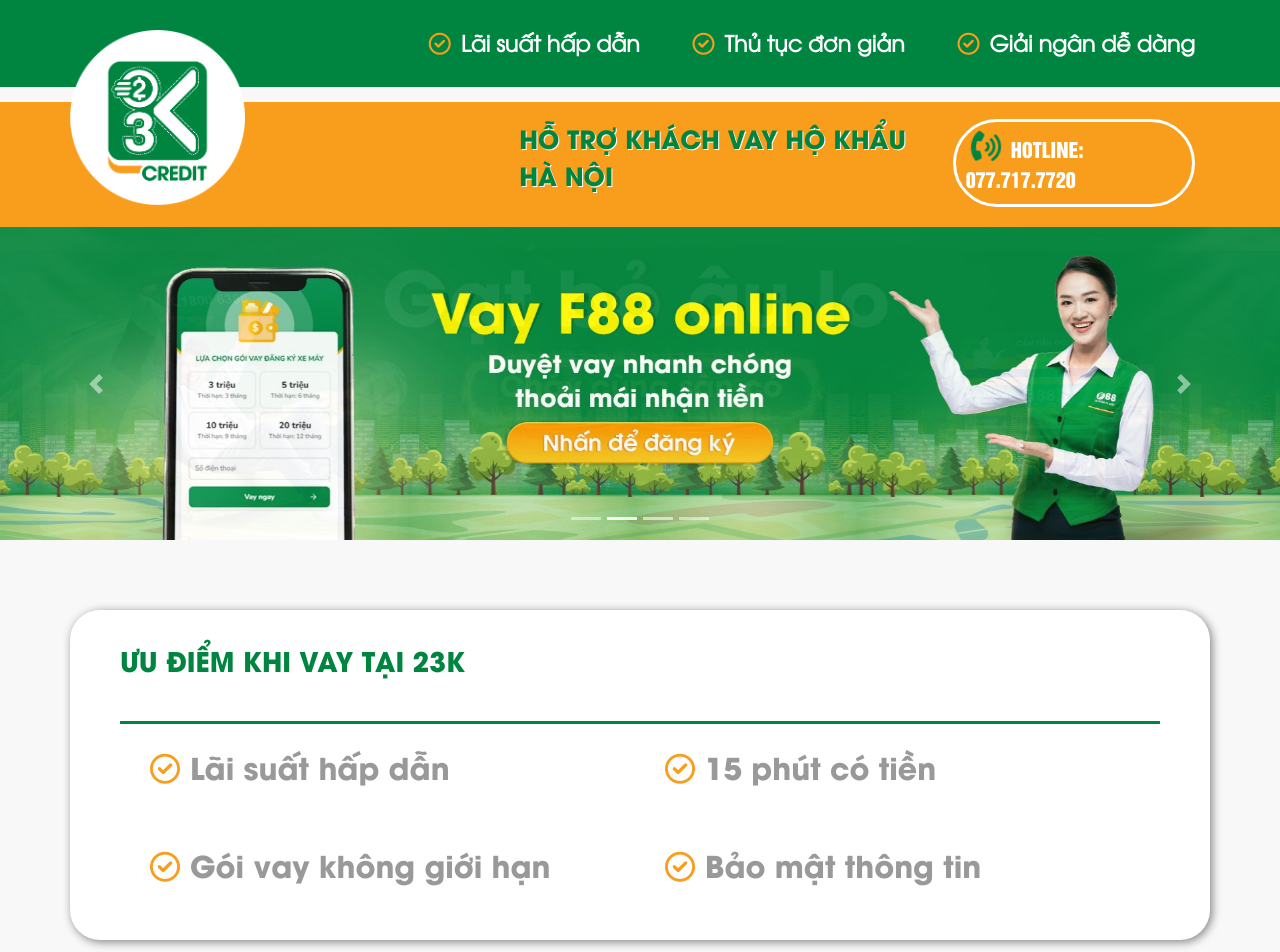
Repository: anhtu2110/23k.vn
Page: theme/index.html
An editor plug-in stored every save of this project. The page is shown before and after the next save, followed by the edit.
The browser window is 1280 px wide. The pictures show the part of the page from y = 0 to 952 px (the page is 1984 px tall).
A picture or video elsewhere on the page could not be fetched, so the positions and the page height are approximate.

Above is the page before, as saved 2022-12-29 21:34:56.

### theme/index.html
<!DOCTYPE html>
<html lang="en">

<head>
    <meta charset="UTF-8">
    <meta http-equiv="X-UA-Compatible" content="IE=edge">
    <meta name="viewport" content="width=device-width, initial-scale=1.0">
    <link rel="icon" type="image/x-icon" href="./public/images/footer_logo.png">
    <link rel="stylesheet" href="public/css/bootstrap/bootstrap-theme.css" type="text/css" />
    <link rel="stylesheet" href="public/css/bootstrap/bootstrap.css" type="text/css" />
    <link rel="stylesheet" href="public/reset.css" type="text/css" />
    <link rel="stylesheet" href="public/css/font-awesome/css/font-awesome.min.css">
    <link rel="stylesheet" href="https://cdnjs.cloudflare.com/ajax/libs/font-awesome/6.2.1/css/all.min.css">
    <link rel="stylesheet" href="public/style.css" type="text/css" />
    <link rel="stylesheet" href="public/responsive.css" type="text/css" />
    <title>23K</title>

    <script src="public/js/jquery-3.6.1.min.js"></script>
    <script src="public/js/bootstrap/bootstrap.min.js"></script>
    <script src="public/js/main.js"></script>
</head>

<body>
    <!-- test  -->
    <div id="wrapper">
        <div id="header">
            <div class="header-top">
                <div class="container">
                    <div class="logo">
                        <a href="" class="logo">
                            <img src="./public/images/LOGO.png" alt="">
                        </a>
                    </div>
                    <ul class="benefit">
                        <li class="benefit-item">Lãi suất hấp dẫn</li>
                        <li class="benefit-item">Thủ tục đơn giản </li>
                        <li class="benefit-item">Giải ngân dễ dàng</li>
                    </ul>
                </div>
            </div>
            <div class="header-bottom">
                <div class="container">
                    <div class="row">
                        <div class="col-md-2"></div>
                        <div class="col-md-6">
                            <span class="content text-uppercase">Hỗ trợ khách vay hộ khẩu hà nội</span>
                        </div>
                        <div class="col-md-4">
                            <a href="tel:0777177720" class="hotline text-decoration-none">
                                <span class="icon-phone"><i class="fa-solid fa-phone-volume animation-phone"></i></span>
                                <span>Hotline: 077.717.7720</span>
                            </a>
                        </div>
                    </div>
                    <!-- <span class="content text-uppercase">Hỗ trợ khách vay hộ khẩu hà nội</span> -->
                    <!-- <a href="tel:0777177720" class="hotline text-decoration-none">
                        <span class="icon-phone"><i class="fa-solid fa-phone-volume animation-phone"></i></span>
                        <span>Hotline: 077.717.7720</span>
                    </a> -->
                </div>
            </div>
        </div>
        <!-- END HEADER  -->
        <style>
            #banner img {
                max-width: 100%;
                height: auto;
            }
        </style>
        <div id="wp-content">
            <section class="home-banner">
                <div id="banner" class="banner carousel slide carousel-fade" data-ride="carousel">
                    <ol class="carousel-indicators">
                        <li data-target="#banner" class="active" data-slide-to="0"></li>
                        <li data-target="#banner" data-slide-to="1"></li>
                        <li data-target="#banner" data-slide-to="2"></li>
                        <li data-target="#banner" data-slide-to="3"></li>
                    </ol>
                    <div class="carousel-inner">
                        <div class="carousel-item active" data-interval="2500">
                            <a href="">
                                <img class="desktop" src="./public/images/20220511164418256-1920 x 470.jpg" alt="">
                            </a>
                        </div>
                        <div class="carousel-item" data-interval="2500">
                            <a href="">
                                <img class="desktop" src="./public/images/20221012100205330-f88 vay tiền destop.png"
                                    alt="">
                            </a>
                        </div>
                        <div class="carousel-item" data-interval="2500">
                            <a href="">
                                <img class="desktop"
                                    src="./public/images/20221118174037871-destop wc vay tiền tại f88.jpg" alt="">
                            </a>
                        </div>
                        <div class="carousel-item" data-interval="2500">
                            <a href="">
                                <img class="desktop" src="./public/images/slider_4.jpg" alt="">
                            </a>
                        </div>
                    </div>
                    <a href="#banner" class="carousel-control-prev" data-slide="prev">
                        <span class="carousel-control-prev-icon"></span>
                    </a>
                    <a href="#banner" class="carousel-control-next" data-slide="next">
                        <span class="carousel-control-next-icon"></span>
                    </a>
                </div>
            </section>
            <!-- END HOME-BANNER  -->
            <div id="advantages" class="container box">
                <div class="head-box">
                    <div class="row">
                        <div class="col-md-12">
                            <p class="title">Ưu điểm khi vay tại 23k</p>
                        </div>
                    </div>
                </div>
                <div class="list-advantage">
                    <div class="row justify-content-center">
                        <div class="col-md-6 col-12">
                            <p class="advantage">Lãi suất hấp dẫn</p>
                        </div>
                        <div class="col-md-6 col-12">
                            <p class="advantage">15 phút có tiền</p>
                        </div>
                        <div class="col-md-6 col-12">
                            <p class="advantage">Gói vay không giới hạn</p>
                        </div>
                        <div class="col-md-6 col-12">
                            <p class="advantage">Bảo mật thông tin</p>
                        </div>
                    </div>
                </div>
            </div>
            <!-- END ADVANTAGES  -->
            <div id="should-choose" class="container box">
                <div class="head-box">
                    <div class="row">
                        <div class="col-md-12">
                            <p class="title">Bạn nên chọn 23k</p>
                        </div>
                    </div>
                </div>
                <ul class="list-reason">
                    <li class="reason-item">
                        <a href=""><img src="./public/images/thu_tuc.png" alt=""></a>
                        <p>Thủ tục đơn giản chỉ cần CCCD & sổ hộ khẩu Hà Nội</p>
                    </li>
                    <li class="reason-item">
                        <a href=""><img src="./public/images/tham_dinh.png" alt=""></a>
                        <p>
                            Thẩm định nhanh chóng linh hoạt
                        </p>
                    </li>
                    <li class="reason-item">
                        <a href=""><img src="./public/images//lai_suat.png" alt=""></a>
                        <p>Lãi suất ưu đãi nhất Hà Nội</p>
                    </li>
                    <li class="reason-item">
                        <a href=""><img src="./public/images/tu_van.png" alt=""></a>
                        <p>Đăng ký tư vấn online dễ dàng</p>
                    </li>
                    <li class="reason-item">
                        <a href=""><img src="./public/images/bao_mat.png" alt=""></a>
                        <p>Bảo mật thông tin khách hàng</p>
                    </li>
                </ul>
            </div>
        </div>
        <!-- END WP-CONTENT  -->
        <div id="footer">
            <div id="footer-top">
                <div class="container">
                    <div class="row">
                        <div class="footer-top-content col-12">
                            <span class="footer-thank">Trân trọng cảm ơn quý khách !</span>
                            <a href="tel:0777177720" class="hotline text-decoration-none">
                                <span class="icon-phone"><i class="fa-solid fa-phone-volume animation-phone"></i></span>
                                <span>Hotline: 077.717.7720</span>
                            </a>
                        </div>
                    </div>
                </div>
            </div>
            <!-- END FOOTER-TOP  -->
            <div id="footer-bottom">
                <div class="container">
                    <div class="row no-gutters">
                        <div class="footer-logo col-md-4">
                            <a href="" class="logo">
                                <img src="./public/images/footer_logo.png" alt="">
                            </a>
                        </div>
                        <div class="footer-info-contact">
                            <p>Thông tin liên hệ</p>
                            <ul class="list-info-contact">
                                <li class="info-contact-item"><a href=""><i class="fa-solid fa-location-dot"></i>252 Đ.
                                        Lạc Long
                                        Quân, Bưởi, Cầu Giấy, Hà Nội, Việt Nam</a></li>
                                <li class="info-contact-item"><a href=""><i class="fa-solid fa-phone"></i>HOTLINE:
                                        0777.170.720</a></li>
                                <li class="info-contact-item"><a href=""><i
                                            class="fa-brands fa-square-facebook"></i>www.facebook.com/groups/taichinh23k</a>
                                </li>
                            </ul>
                        </div>
                    </div>
                </div>
            </div>
            <div class="container">
                <div class="row">
                    <div class="col-md-4">xin chaof</div>
                    <div class="col-md-4">xin chaof</div>
                    <div class="col-md-4">xin chào</div>
                </div>
            </div>

            <!-- END FOOTER-BOTTOM  -->
        </div>
        <!-- END FOOTER  -->
    </div>
</body>

</html>

### theme/public/style.css
@import '../public/css/import/fonts.css';
@import '../public/css/import/global.css';
@import '../public/css/import/header.css';
@import '../public/css/import/footer.css';
@import '../public/css/import/register.css';

### theme/public/responsive.css
@media (max-width: 1199px) {
    html {
        font-size: 5.333px;
        /* font-size: 8px; */
    }
}

@media (max-width: 767px) {
    html {
        font-size: 10px;
    }
}

### theme/public/css/import/fonts.css
@font-face {
    font-family: 'Leelawadee UI Bold';
    src: url('../../font/leelawdb.ttf');
}

@font-face {
    font-family: 'Montserrat-SemiBold';
    src: url('../../font/Montserrat-SemiBold.ttf');
}

@font-face {
    font-family: 'UTM Avo';
    src: url('../../font/UTM\ Avo.ttf');
}

@font-face {
    font-family: 'UTM AvoBold_Italic';
    src: url('../../font/UTM\ AvoBold_Italic.ttf');
}

@font-face {
    font-family: 'UTM AvoBold';
    src: url('../../font/UTM\ AvoBold.ttf');
}

@font-face {
    font-family: 'UTM AvoItalic';
    src: url('../../font/UTM\ AvoItalic.ttf');
}

@font-face {
    font-family: 'UTM HelvetIns';
    src: url('../../font/UTM\ HelvetIns.ttf');
}

### theme/public/css/import/global.css
:root {
    --bg-page: #F8F8F8;
    --bg-green: #008541;
    --bg-white: #FFFFFF;
    --bg-orange: #F99D1C;
    --bg-gray: #666666;
}

a {
    text-decoration: none !important;
}

ul {
    padding: 0;
    margin: 0;
}

html {
    font-size: 62.5%;
}

body {
    background-color: var(--bg-page);
}

.head-box {
    padding-bottom: 3rem;
    padding-top: 1rem;
    border-bottom: 3px solid var(--bg-green);
}

p.title {
    font-size: 2.7rem;
    font-family: 'UTM AvoBold';
    color: var(--bg-green);
    text-transform: uppercase;
}

.box {
    background-color: var(--bg-white);
    padding: 2rem 5rem;
    box-shadow: 2px 2px 10px gray;
    border-radius: 3rem;
    z-index: 1;
}

a.hotline {
    display: inline-block;
    font-size: 2rem;
    font-family: 'UTM HelvetIns';
    text-transform: uppercase;
    color: var(--bg-white);
    padding: 1rem 1rem;
    border: 0.3rem solid var(--bg-white);
    border-radius: 100rem;
    margin-left: 1rem;
    overflow: hidden;
}

a.hotline span.icon-phone i {
    font-size: 3rem;
    color: var(--bg-green);
    padding-inline: 0.5rem;
}

.animation-phone {
    animation-name: trin;
    animation-duration: 1.5s;
    animation-iteration-count: infinite;
    animation-timing-function: linear;
}

@keyframes trin {

    from {
        transform: rotate3d(0, 0, 1, 0deg);
    }

    20%,
    32%,
    44%,
    56%,
    68% {
        transform: rotate3d(0, 0, 1, 0deg);
    }

    23%,
    35%,
    47%,
    59%,
    71% {
        transform: rotate3d(0, 0, 1, 15deg);
    }

    26%,
    38%,
    50%,
    62%,
    74% {
        transform: rotate3d(0, 0, 1, 0deg);
    }

    29%,
    41%,
    53%,
    65%,
    77% {
        transform: rotate3d(0, 0, 1, -15deg);
    }

    80% {
        transform: rotate3d(0, 0, 1, 0deg);
    }

}

### theme/public/css/import/header.css
.header-top {
    background-color: var(--bg-green);
    margin-bottom: 1.5rem;
}

.header-top .container {
    position: relative;
    display: flex;
    justify-content: flex-end;
}

#header .logo {
    position: absolute;
    top: 1.5rem;
    left: 0;
    border-radius: 10rem;
}

#header .logo a.logo img {
    width: 17.5rem;
    height: auto;
}

ul.benefit li.benefit-item {
    display: inline-block;
    font-size: 2.2rem;
    color: red;
    font-family: 'UTM Avo';
    font-weight: 600;
    color: var(--bg-white);
    padding: 2.6rem 2rem;
}

ul.benefit li.benefit-item:last-child {
    padding-right: 0;
}

ul.benefit li.benefit-item::before {
    display: inline-block;
    content: '\f058';
    font-family: "Font Awesome 6 Free";
    -webkit-font-smoothing: antialiased;
    font-weight: normal;
    color: #F99D1C;
    padding-inline: 1rem;
}

/* ul.benefit li.benefit-item i {
    display: inline-block;
    padding-inline: 1rem;
    color: #F99D1C;
} */

/* END HEADER TOP  */
.header-bottom {
    height: 12.5rem;
    background-color: var(--bg-orange);
    display: flex;
    align-items: center;
}

.header-bottom .container {
    display: flex;
    align-items: center;
    /* justify-content: end; */
    justify-content: right;
}

.header-bottom .content {
    font-size: 2.5rem;
    font-family: 'UTM AvoBold';
    color: var(--bg-green);
    text-shadow: 1px 1px var(--bg-white);
    /* flex-basis: 50%; */
    width: fit-content;
}

### theme/public/css/import/footer.css
#footer #footer-top {
    background-color: var(--bg-green);
    padding-block: 3rem;
}

#footer #footer-top .footer-top-content {
    display: flex;
    justify-content: space-between;
}

#footer #footer-top .footer-top-content span.footer-thank {
    font-size: 3.8rem;
    color: var(--bg-white);
    font-family: 'UTM AvoBold';
    text-transform: uppercase;
    margin-left: -1.5rem;
}

#footer #footer-top .footer-top-content a.hotline {
    /* border: none; */
    background-color: var(--bg-orange);
    margin-right: -1.5rem;
}

/* END FOOTER-TOP  */
#footer #footer-bottom .footer-logo a.logo img {
    display: block;
    max-width: 18rem;
    height: auto;
}

#footer #footer-bottom {
    padding-block: 4rem;
}

.footer-info-contact {
    font-size: 2.6rem;
    color: var(--bg-gray);
}

.footer-info-contact p {
    padding-block: 1rem;
    border-bottom: 0.2rem solid var(--bg-green);
}

ul.list-info-contact {
    list-style: none;
    padding: 0;
    margin: 0;
}

ul.list-info-contact li a {
    color: var(--bg-gray);
}

ul.list-info-contact i {
    display: inline-block;
    width: 3rem;
    height: auto;
}

### theme/public/css/import/register.css
#wp-content {
    margin-bottom: 8rem;
}

#advantages {
    margin-block: 7rem;
}

#advantages .list-advantage {
    margin-inline: 2rem;
}

#advantages p.advantage {
    font-size: 3rem;
    color: #999999;
    font-family: 'UTM AvoBold';
    padding-block: 2rem;
}

#advantages p.advantage::before {
    display: inline-block;
    content: '\f058';
    font-family: "Font Awesome 6 Free";
    -webkit-font-smoothing: antialiased;
    font-weight: normal;
    color: var(--bg-orange);
    padding-inline: 1rem;
}

/* END ADVANTAGE  */
#should-choose ul.list-reason {
    list-style: none;
    padding: 0;
    margin: 0;
    display: flex;
    align-items: center;
    text-align: center;
}

#should-choose ul.list-reason li.reason-item {
    flex-basis: 20%;
    padding: 2rem;
}

#should-choose ul.list-reason li a {
    display: block;
    width: 100%;
    height: 16rem;
}

#should-choose ul.list-reason li a img {
    display: inline-block;
    width: 15rem;
    height: auto;
}

#should-choose ul.list-reason li.reason-item p {
    font-size: 2rem;
    font-family: "UTM Avo";
    color: #808080;
}

Loaded but not shown: theme/public/css/bootstrap/bootstrap-theme.css (library); theme/public/css/bootstrap/bootstrap.css (library); theme/public/reset.css (common file); theme/public/css/font-awesome/css/font-awesome.min.css (library); theme/public/js/jquery-3.6.1.min.js (library); theme/public/js/bootstrap/bootstrap.min.js (library); theme/public/js/main.js (no copy from this time; the picture is the same without it)

After the next save:
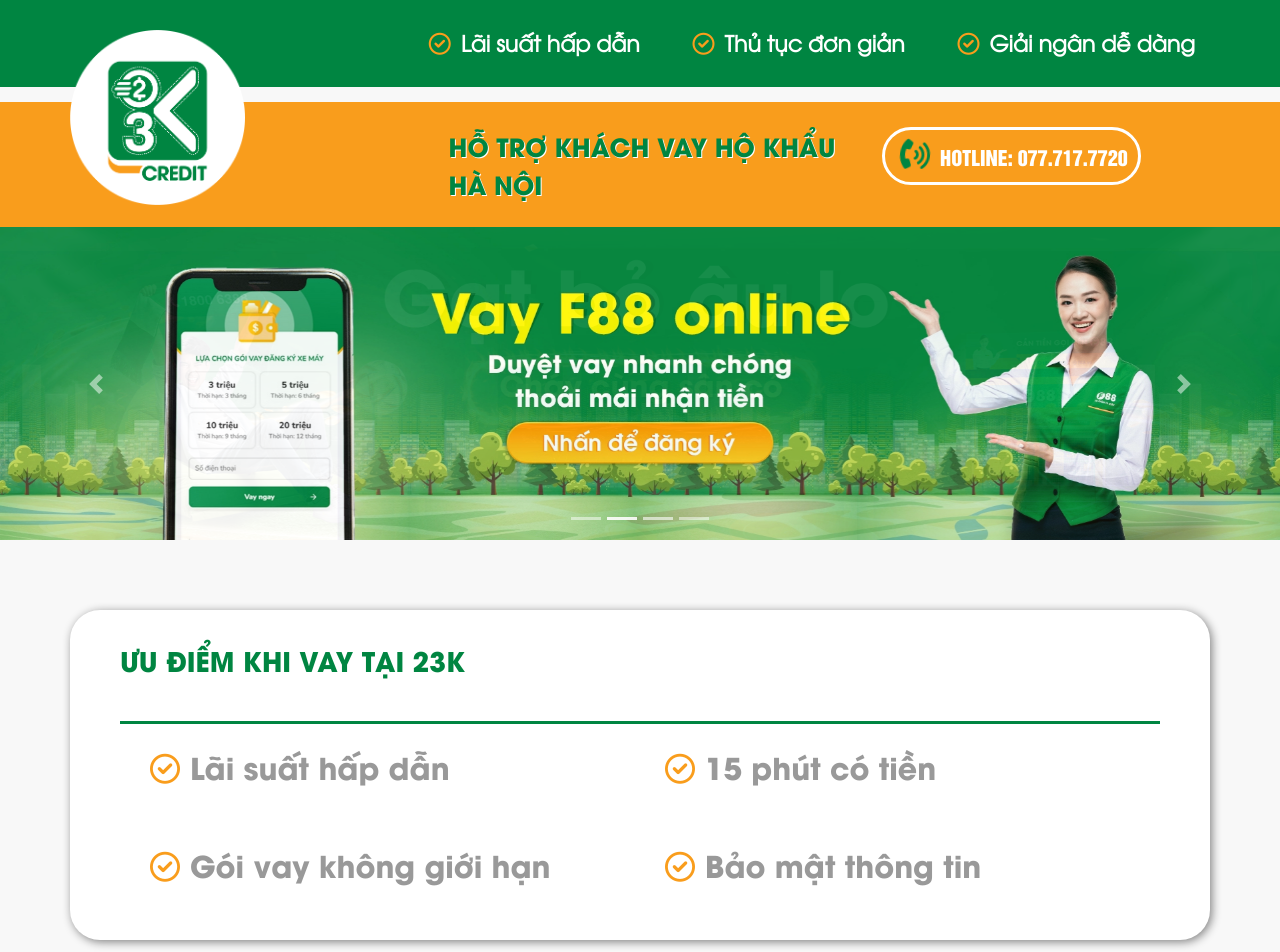
Saved 19 s later.
--- a/theme/index.html
+++ b/theme/index.html
@@ -41,11 +41,11 @@
             <div class="header-bottom">
                 <div class="container">
                     <div class="row">
-                        <div class="col-md-2"></div>
+                        <div class="col-md-1"></div>
                         <div class="col-md-6">
                             <span class="content text-uppercase">Hỗ trợ khách vay hộ khẩu hà nội</span>
                         </div>
-                        <div class="col-md-4">
+                        <div class="col-md-5">
                             <a href="tel:0777177720" class="hotline text-decoration-none">
                                 <span class="icon-phone"><i class="fa-solid fa-phone-volume animation-phone"></i></span>
                                 <span>Hotline: 077.717.7720</span>
